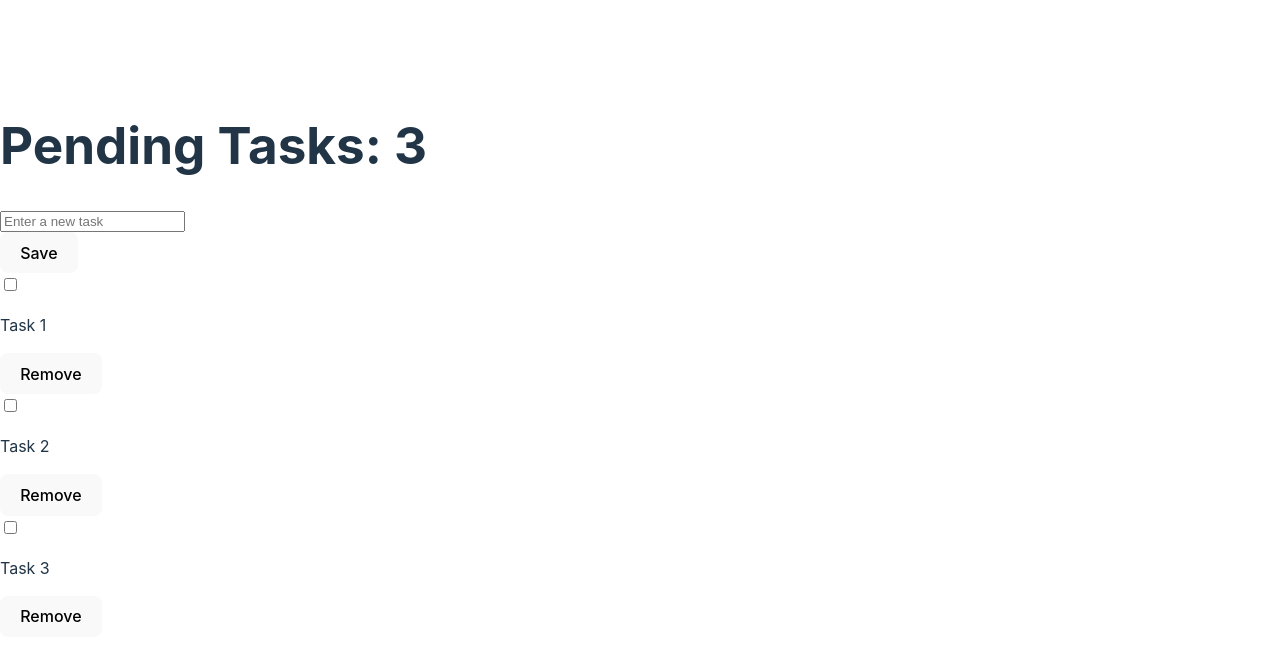
Repository: MonicaNguyenH/Frontend_Assignment6
Page: / (app in react/)
These files come from the project's save history. The page is drawn as it stood at one moment and after the next save; the edit follows.
The browser window is 1280 px wide. The pictures show the whole page.
The project was rebuilt for these pictures with package versions that can differ from the ones it lists, and the page was loaded fresh each time. Also part of the build but not shown: react/vite.config.js.

Above is the page before, as saved 2024-10-11 09:25:00.

### react/src/App.jsx
import { useState, useEffect } from "react";
import Task from './components/Task'
import TaskForm from './components/TaskForm';

export default function App() {
  // Initial default tasks
  const defaultTasks = [
    { id: 1, name: "Task 1", completed: false },
    { id: 2, name: "Task 2", completed: false },
    { id: 3, name: "Task 3", completed: false }
  ];

  // State for tasks and pending task count
  const [tasks, setTasks] = useState(defaultTasks);
  const [pendingTasks, setPendingTasks] = useState(0);

  // Effect to calculate initial pending tasks
  useEffect(() => {
    const initialPending = tasks.filter(task => !task.completed).length;
    setPendingTasks(initialPending);
  }, [tasks]);

  // Add a new task
  const addTask = (name) => {
    const newTask = { id: tasks.length + 1, name: name, completed: false };
    setTasks([...tasks, newTask]);
    setPendingTasks(pendingTasks + 1); // Increase the pending count for new tasks
  };

  // Toggle task completion status
  const handleToggle = (isCompleted) => {
    setPendingTasks((prev) => (isCompleted ? prev - 1 : prev + 1));
  };

  // Remove a task
  const handleRemoveTask = (taskId) => {
    setTasks((prevTasks) => prevTasks.filter((task) => task.id !== taskId));
  };

  return (
    <div>
      <h1>Pending Tasks: {pendingTasks}</h1>
      <TaskForm onAddTask={addTask} />
      <div className="task-list">
        {tasks.map((task) => (
          <Task
            key={task.id}
            name={task.name}
            onToggle={handleToggle}
            onRemove={() => handleRemoveTask(task.id)} // Pass remove handler
          />
        ))}
      </div>
    </div>
  );
}

### react/src/components/Task.jsx
import { useState } from "react";

export default function Task({ name }) {
  // State for checkbox status (checked/unchecked)
  const [isChecked, setIsChecked] = useState(false);
  const [visible, setVisible] = useState(true);

  // Handle checkbox toggle
  const toggleCheckbox = () => {
    setIsChecked(!isChecked);
    onToggle(!isChecked); // Inform the parent about the status
  };

  // Remove task when clicking the remove button
  const removeTask = () => {
    setVisible(false);
    onRemove();
  };

  // If the task is no longer visible, return null
  if (!visible) {
    return null;
  }

  return (
    <>
      <div className="task">
        <label>
          <input
            type="checkbox"
            checked={isChecked}
            onChange={toggleCheckbox}
          />
        </label>
        <p style={{ textDecoration: isChecked ? "line-through" : "none" }}>
          {name}
        </p>
        <button className="task-delete" onClick={removeTask}>
          Remove
        </button>
      </div>
    </>
  );
}


// import { useState, useEffect, useRef } from "react";

// export default function Task({name, toggleComplete, id, completed, removeTask}){

//     // check box section
//     // Ref for the checkbox and task name elements
//     const checkboxRef = useRef(null);
//     const taskNameRef = useRef(null);

//     useEffect(() => {
//         const checkbox = checkboxRef.current;
//         const crossText = taskNameRef.current;

//         if (checkbox&&crossText) {
//             const handleCheckBoxChange = () => {
//                 toggleComplete(id); // call toggleComplete function passed from the parent to update task completion status
//                 if(checkbox.checked) {
//                     crossText.style.textDecoration = "line-through";
//                 } else {
//                     crossText.style.textDecoration = "none";
//                 }
//             };

//             checkbox.addEventListener("change", handleCheckBoxChange);

//             // cleanup listener
//             return () => {
//                 checkbox.removeEventListener("change", handleCheckBoxChange);
//             };

//         }
//     }, [toggleComplete, id]);

//     // remove button section
//     const [visible, setVisible] = useState(true);

//     // const removeTask = () => {
//     //     setVisible(false);
//     // };

//     if (!visible) {
//         return null;
//     }

//     return (
//         <>
//             <div className="task">
//                 <label htmlFor="checkbox">
//                     <input
//                         type="checkbox"
//                         id={`checkbox-${id}`}
//                         ref={checkboxRef}
//                         checked={completed} // current taks status based on completion
//                         onChange={() => toggleComplete(id)}
//                     />
//                 </label>
//                 <p id="task-name" ref={taskNameRef}>{name}</p>
//                 <button
//                     className="task-delete"
//                     onClick={removeTask}>
//                         Remove
//                 </button>
//             </div>

//         </>
//     );
// }

### react/src/components/TaskForm.jsx
import { useState } from "react";
import { nanoid } from 'nanoid';

// const taskTemplate = {
//     name: 'new task'
// };

export default function TaskForm({addTask}) {
    const [taskName, setTaskName] = useState(''); // state for the task input
    //const [editing, setEditing] = useState(false); // editing task

    // form submission
    const handleSubmit = (e) => {
        e.preventDefault(); // the form submission will be handled by JavaScript instead of triggering a page refresh
        if (taskName.trim()) { // checks if the taskName (the text the user entered) is not an empty string after trimming whitespace
            addTask( taskName
            // {
            //     id: nanoid(),
            //     name: taskName
            // }
            );
            setTaskName(''); // clear the input field
            //setEditing(false); // close the form after saving
        }
    }

    return (
        <>
            <form onSubmit={handleSubmit}>
                <div className="formContainer">
                    <input
                        id="task-name"
                        //name="task-name"
                        type="text"
                        value={taskName}
                        onChange={(e) => setTaskName(e.target.value)}
                        placeholder="Enter a new task"
                    />
                    <div className="btn-group">
                        <button type="submit" className="btn-save">Save</button>
                    </div>
                </div>
            </form>
        </>
    )
}

### react/src/App.css
#root {
  max-width: 1280px;
  margin: 0 auto;
  padding: 2rem;
  text-align: center;

  font-family: Helvetica, sans-serif;
}

.main {

}

.header {
  color: black;
  text-align: left;
}

.counting {
  color: black;
  text-align: left;
}

/* TaskForm  */
.formContainer {
  width: 100%;
  display: flex;
  flex-direction: row;
  justify-content: center;
}

.btn-save {
  background-color: pink;
  border-radius: 15;
  border: 1px solid hotpink;
}

.btn-save:hover {
  background-color: hotpink;
  border: 1px solid pink;
}


.task {
  display: flex;
  flex-direction: row;
  align-items: center;
  margin: 1em;

  width: 100%;
  min-width: 20em;
}

[id^="checkbox-"] {
  margin-right: 1rem;
  width: 2em;
  height: 2rem;
  accent-color: pink;
}

#task-name {
  margin: 0 10rem 0 5rem;
  font-weight: bold;
  font-size: 14pt;
  text-align: left;
  min-width: 30%;
}

.task-delete {
  border: 1px solid black;
  background-color: white;
  border-radius: 15;
  cursor: pointer;
}

.task-delete:hover {
  border: 1px solid pink;
}

Loaded but not shown: react/index.html (common file); react/src/main.jsx (common file); react/src/index.css (common file)

After the next save:
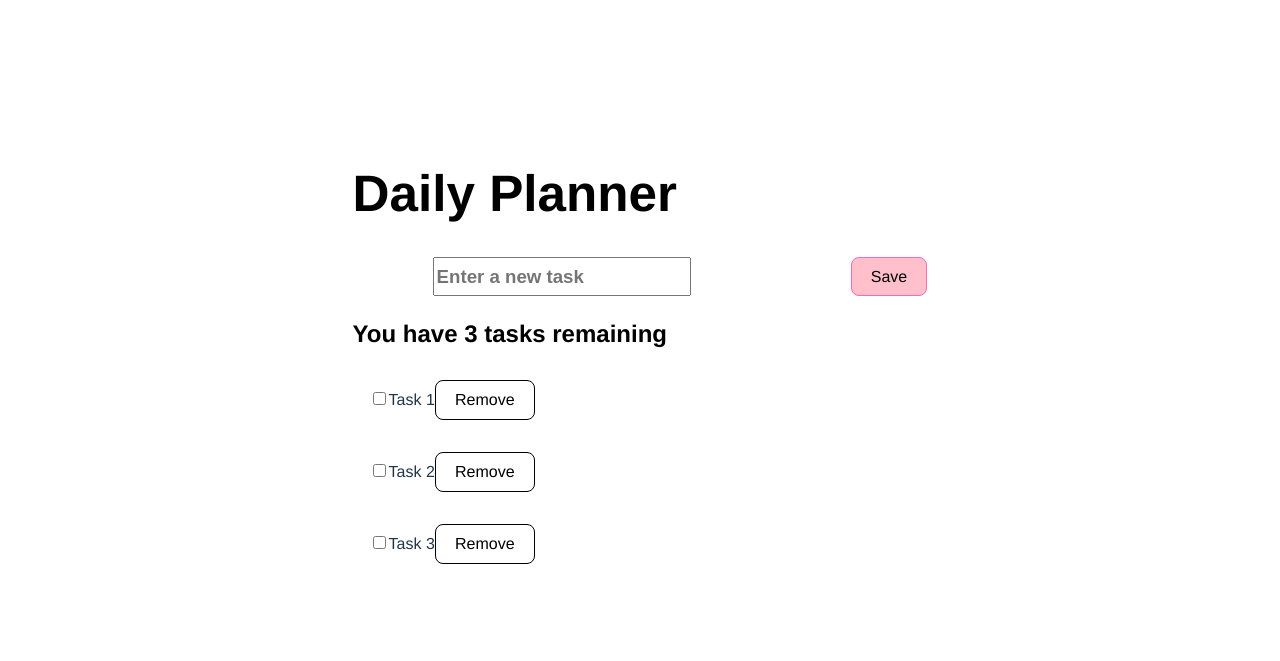
Saved 17 s later.
--- a/react/src/App.jsx
+++ b/react/src/App.jsx
@@ -1,56 +1,55 @@
-import { useState, useEffect } from "react";
+// import { useState } from 'react'
+import { useState } from 'react';
+import './App.css'
 import Task from './components/Task'
 import TaskForm from './components/TaskForm';
 
-export default function App() {
-  // Initial default tasks
-  const defaultTasks = [
+function App() {
+  const [task, setTask] = useState([
     { id: 1, name: "Task 1", completed: false },
     { id: 2, name: "Task 2", completed: false },
     { id: 3, name: "Task 3", completed: false }
-  ];
+  ]);
 
-  // State for tasks and pending task count
-  const [tasks, setTasks] = useState(defaultTasks);
-  const [pendingTasks, setPendingTasks] = useState(0);
-
-  // Effect to calculate initial pending tasks
-  useEffect(() => {
-    const initialPending = tasks.filter(task => !task.completed).length;
-    setPendingTasks(initialPending);
-  }, [tasks]);
-
-  // Add a new task
-  const addTask = (name) => {
-    const newTask = { id: tasks.length + 1, name: name, completed: false };
-    setTasks([...tasks, newTask]);
-    setPendingTasks(pendingTasks + 1); // Increase the pending count for new tasks
+  const addTask = (newTask) => {
+    setTask([...task, {...newTask, completed: false}]); // add task incompleted by default
   };
 
-  // Toggle task completion status
-  const handleToggle = (isCompleted) => {
-    setPendingTasks((prev) => (isCompleted ? prev - 1 : prev + 1));
+  const toggleComplete = (taskId) => {
+    const updatedTasks = task.map(task =>
+      task.id === taskId ? { ...task, completed: !task.completed } : task // toggle task completed status
+    );
+    setTask(updatedTasks); // update the state with the new task list
   };
 
-  // Remove a task
-  const handleRemoveTask = (taskId) => {
-    setTasks((prevTasks) => prevTasks.filter((task) => task.id !== taskId));
+  const removeTask = (taskId) => {
+    const updatedTasks = task.filter(task => task.id !== taskId);
+    setTask(updatedTasks); // update the state without the removed task
   };
 
+  // count remaining task
+  const remainingTask = task.filter(task => !task.completed).length;
+
   return (
-    <div>
-      <h1>Pending Tasks: {pendingTasks}</h1>
-      <TaskForm onAddTask={addTask} />
-      <div className="task-list">
-        {tasks.map((task) => (
-          <Task
-            key={task.id}
-            name={task.name}
-            onToggle={handleToggle}
-            onRemove={() => handleRemoveTask(task.id)} // Pass remove handler
-          />
-        ))}
+    <>
+      <div className="main">
+        <h1 className="header">Daily Planner</h1>
+        <div>
+          <TaskForm addTask={addTask} /> {/* Pass addTask to TaskForm */}
+          <h2 className="counting">You have {remainingTask} task{remainingTask !== 1 ? 's' : ''} remaining</h2> {/* count remaining (more than 1 have 's') */}
+          {task.map((task) => (
+            <Task
+              key={task.id}
+              name={task.name}
+              completed={task.completed}
+              toggleComplete={() => toggleComplete(task.id)}
+              removeTask={() => removeTask(task.id)}
+            />
+          ))}
+        </div>
       </div>
-    </div>
-  );
+    </>
+  )
 }
+
+export default App
